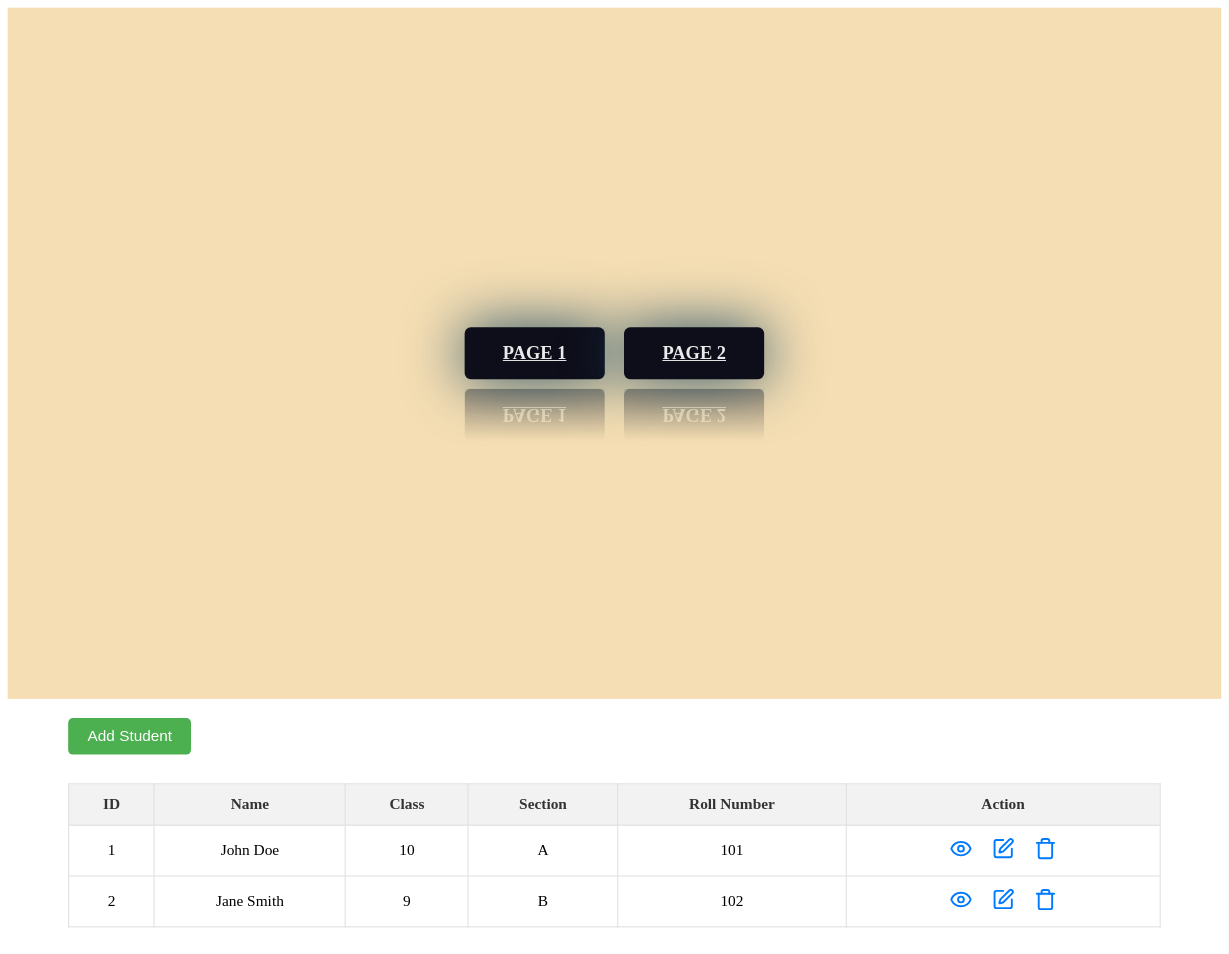
Repository: sharmisthak16/Student-Assignment
Page: / (app in my-project/)
These files come from the project's save history. The page is drawn as it stood at one moment and after the next save; the edit follows.
The browser window is 1280 px wide. The pictures show the whole page, at 96% of full size.
The project was rebuilt for these pictures with package versions that can differ from the ones it lists, and the page was loaded fresh each time. Also part of the build but not shown: my-project/vite.config.js, my-project/src/components/firebase.js, my-project/src/components/LoginForm.css, my-project/src/components/LoginForm.jsx, my-project/src/components/Dashboard.jsx.

Above is the page before, as saved 2025-01-30 20:15:07.

### my-project/index.html
<!doctype html>
<html lang="en">
  <head>
    <meta charset="UTF-8" />

    <meta name="viewport" content="width=device-width, initial-scale=1.0" />
    <title>Assignment</title>
  </head>
  <body>
    <div id="root"></div>
    <script type="module" src="/src/main.jsx"></script>
  </body>
</html>

### my-project/src/App.jsx
import React from 'react';
import { BrowserRouter as Router, Route, Routes } from 'react-router-dom'; // Use Routes instead of Switch
import LoginForm from './components/LoginForm';
import Dashboard from './components/Dashboard'; // Create this component for the dashboard page
import Home from './Pages/Home';
import StudentTable from './components/StudentTable';

function App() {
  return (
    <Router>
      <Routes>
      <Route path='/' element={<Home/>} />
        <Route path="/LoginForm" element={<LoginForm />} /> {/* Use element instead of component */}
        <Route path="/dashboard" element={<Dashboard />} /> {/* Use element instead of component */}
       <Route path="/StudentTable " element={<StudentTable />}  />
      </Routes>
    </Router>
  );
}

export default App;

### my-project/src/Pages/Home.jsx
import React from 'react'
import HomeButtons from '../components/HomeButtons'
import StudentTable from '../components/StudentTable'



function Home() {
  return (
    <div>
      <HomeButtons/>
      <StudentTable/>

    </div>
  )
}

export default Home

### my-project/src/components/StudentTable.jsx
import React, { useState } from "react";
import { Eye, Edit, Trash } from "lucide-react"; // You need to install lucide-react for icons
import "./StudentTable.css";

const StudentTable = () => {
  const [students, setStudents] = useState([
    { id: 1, name: "John Doe", class: "10", section: "A", rollNumber: "101" },
    { id: 2, name: "Jane Smith", class: "9", section: "B", rollNumber: "102" },
  ]);

  const addStudent = () => {
    const newStudent = {
      id: students.length + 1,
      name: "New Student",
      class: "-",
      section: "-",
      rollNumber: "-",
    };
    setStudents([...students, newStudent]);
  };

  const deleteStudent = (id) => {
    setStudents(students.filter((student) => student.id !== id));
  };

  return (
    <div className="student-table-container">
      <button className="add-student-btn" onClick={addStudent}>
        Add Student
      </button>
      <table className="student-table">
        <thead>
          <tr>
            <th>ID</th>
            <th>Name</th>
            <th>Class</th>
            <th>Section</th>
            <th>Roll Number</th>
            <th>Action</th>
          </tr>
        </thead>
        <tbody>
          {students.map((student) => (
            <tr key={student.id}>
              <td>{student.id}</td>
              <td>{student.name}</td>
              <td>{student.class}</td>
              <td>{student.section}</td>
              <td>{student.rollNumber}</td>
              <td>
                <Eye className="action-icon" />
                <Edit className="action-icon" />
                <Trash
                  className="action-icon"
                  onClick={() => deleteStudent(student.id)}
                />
              </td>
            </tr>
          ))}
        </tbody>
      </table>
    </div>
  );
};

export default StudentTable;

### my-project/src/components/HomeButtons.jsx
import React from 'react';
import { Link } from 'react-router-dom';
import './HomeButtons.css';

const HomeButtons = () => {
  return (
    <div className="btn-container">
      <Link to='/loginform' className="btn">Page 1</Link>
      <Link to='/StudentTable' className="btn">Page 2</Link>
    </div>
  );
};

export default HomeButtons;

### my-project/src/components/StudentTable.css
.student-table-container {
    width: 90%;
    max-width: 1200px;
    margin: 0 auto;
    padding: 20px;
  }

  .add-student-btn {
    padding: 10px 20px;
    background-color: #4CAF50;
    color: white;
    border: none;
    border-radius: 5px;
    cursor: pointer;
    margin-bottom: 20px;
    font-size: 1rem;
  }

  .add-student-btn:hover {
    background-color: #45a049;
  }

  .student-table {
    width: 100%;
    border-collapse: collapse;
    margin-top: 10px;
  }

  .student-table th,
  .student-table td {
    padding: 12px;
    text-align: center;
    border: 1px solid #ddd;
  }

  .student-table th {
    background-color: #f2f2f2;
    color: #333;
  }

  .student-table tbody tr:hover {
    background-color: #f1f1f1;
  }

  .action-icon {
    margin: 0 10px;
    cursor: pointer;
    color: #007bff;
  }

  .action-icon:hover {
    color: #0056b3;
  }

  @media (max-width: 768px) {
    .student-table th,
    .student-table td {
      padding: 8px;
    }

    .student-table {
      font-size: 0.9rem;
    }

    .action-icon {
      margin: 0 5px;
    }

    .student-table-container {
      padding: 10px;
    }
  }

### my-project/src/components/HomeButtons.css
.btn-container {
  display: flex;
  justify-content: center;
  align-items: center;
  height: 100vh; /* Full viewport height */
  gap: 20px; /* Space between buttons */
  background-color: wheat;
  list-style:none;
}

.btn {
  font-size: 1.2rem;
  padding: 1rem 2.5rem;
  border: none;
  outline: none;
  border-radius: 0.4rem;
  cursor: pointer;
  text-transform: uppercase;
  background-color: rgb(14, 14, 26);
  color: rgb(234, 234, 234);
  font-weight: 700;
  transition: 0.6s;
  box-shadow: 0px 0px 60px #1f4c65;
  -webkit-box-reflect: below 10px linear-gradient(to bottom, rgba(0,0,0,0.0), rgba(0,0,0,0.4));
}

.btn:active {
  scale: 0.92;
}

.btn:hover {
  background: linear-gradient(270deg, rgba(2, 29, 78, 0.681) 0%, rgba(31, 215, 232, 0.873) 60%);
  color: rgb(4, 4, 38);
}

Loaded but not shown: my-project/src/main.jsx (common file); my-project/src/index.css (common file)

After the next save:
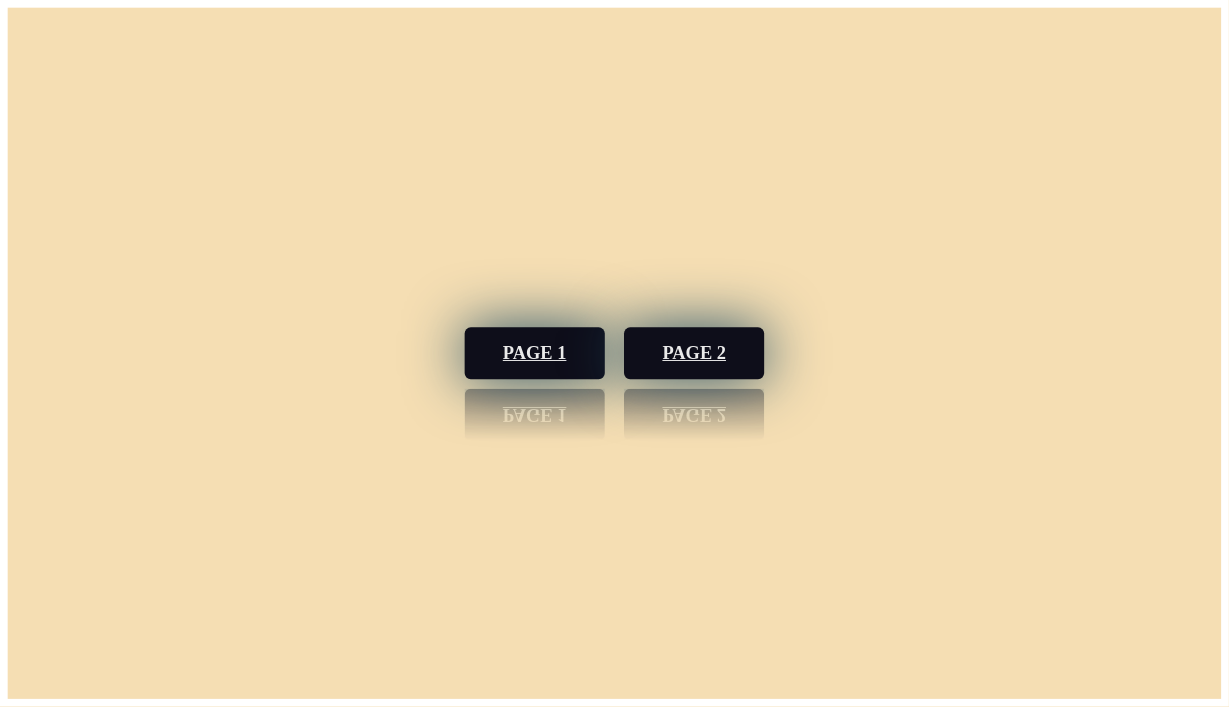
Saved 52 s later.
--- a/my-project/src/Pages/Home.jsx
+++ b/my-project/src/Pages/Home.jsx
@@ -1,6 +1,5 @@
 import React from 'react'
 import HomeButtons from '../components/HomeButtons'
-import StudentTable from '../components/StudentTable'
 
 
 
@@ -8,7 +7,6 @@ function Home() {
   return (
     <div>
       <HomeButtons/>
-      <StudentTable/>
 
     </div>
   )
